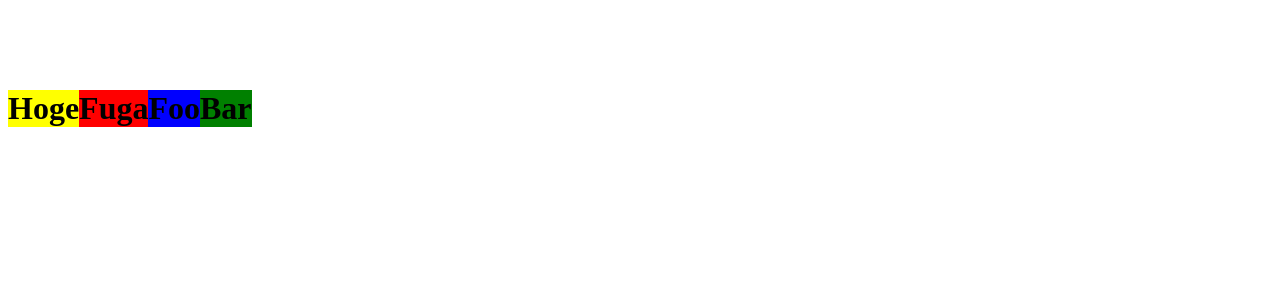
Repository: mizoguhi/mizoguhi
Page: 004_navigation/flex_navigation.html
The author's editor kept a record of every edit. The page is drawn from the files as they stood at one moment, then again after the next edit.
The browser window is 1280 px wide. The pictures show the whole page.

Above is the page before.

### 004_navigation/flex_navigation.html
<!DOCTYPE html>
<html lang="en">
<head>
    <meta charset="UTF-8">
    <meta name="viewport" content="width=device-width, initial-scale=1.0">
    <meta http-equiv="X-UA-Compatible" content="ie=edge">
    <title>Document</title>
    <style>
        #sort {
            display: flex;
            flex-direction: row;
            flex-wrap: wrap;
            /*justify-content: space-between;*/
            align-items: center;
            height: 200px;
        }
        #sort h1 {
            flex: 1 1 2 1;
        }

        .y { background-color: yellow; }
        .r { background-color: red; }
        .g { background-color: green; }
        .b { background-color: blue; }
    </style>
</head>
<body>
    <div id="sort">
        <h1 class="y">Hoge</h1>
        <h1 class="r">Fuga</h1>
        <h1 class="b">Foo</h1>
        <h1 class="g">Bar</h1>
    </div>
</body>
</html>

After the next edit:
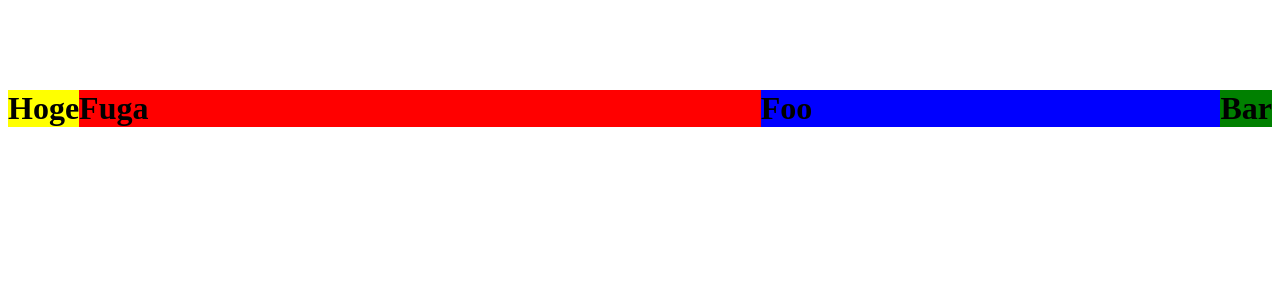
The edit:
--- a/004_navigation/flex_navigation.html
+++ b/004_navigation/flex_navigation.html
@@ -14,8 +14,11 @@
             align-items: center;
             height: 200px;
         }
-        #sort h1 {
-            flex: 1 1 2 1;
+        #sort .b {
+            flex-grow: 2;
+        }
+        #sort .r {
+            flex-grow: 3;
         }
 
         .y { background-color: yellow; }
